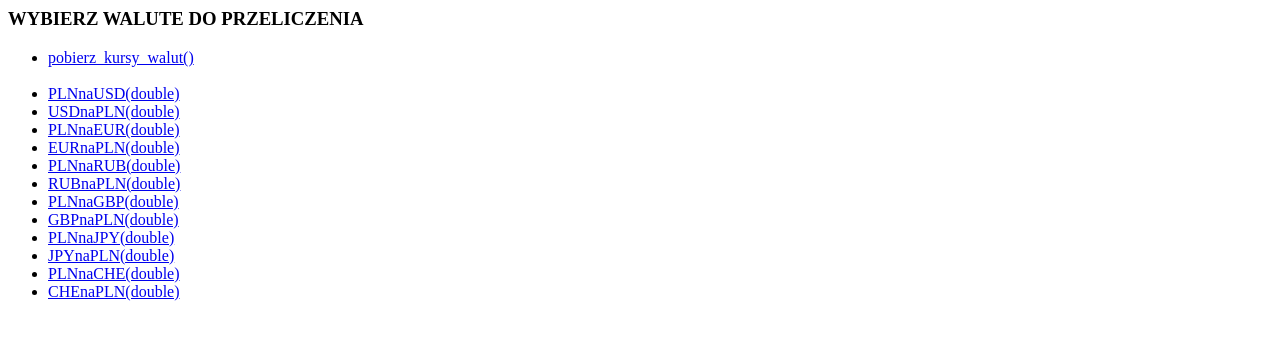
Repository: kuska-marcin/SRIR
Page: http://localhost/KantorWSClient/sampleKantorPrzeliczProxy/Method.jsp
An editor plug-in stored every save of this project. The page is shown before and after the next save, followed by the edit.
The browser window is 1280 px wide. The pictures show the whole page.
The page is served by Tomcat 9. Other server files are loaded and not shown.

Above is the page before, as saved 2016-01-13 22:25:49.

### KantorWSClient/WebContent/sampleKantorPrzeliczProxy/Method.jsp
<%@page contentType="text/html;charset=UTF-8"%><HTML>
<HEAD>
<TITLE>WALUTY</TITLE>
</HEAD>
<BODY>
<H3>WYBIERZ WALUTE DO PRZELICZENIA</H3>
<UL>
<LI><A HREF="Input.jsp?method=18" TARGET="inputs"> pobierz_kursy_walut()</A></LI>
<BR>
<LI><A HREF="Input.jsp?method=26" TARGET="inputs"> PLNnaUSD(double)</A></LI>
<LI><A HREF="Input.jsp?method=13" TARGET="inputs"> USDnaPLN(double)</A></LI>

<LI><A HREF="Input.jsp?method=31" TARGET="inputs"> PLNnaEUR(double)</A></LI>
<LI><A HREF="Input.jsp?method=21" TARGET="inputs"> EURnaPLN(double)</A></LI>

<LI><A HREF="Input.jsp?method=51" TARGET="inputs"> PLNnaRUB(double)</A></LI>
<LI><A HREF="Input.jsp?method=46" TARGET="inputs"> RUBnaPLN(double)</A></LI>

<LI><A HREF="Input.jsp?method=41" TARGET="inputs"> PLNnaGBP(double)</A></LI>
<LI><A HREF="Input.jsp?method=71" TARGET="inputs"> GBPnaPLN(double)</A></LI>

<LI><A HREF="Input.jsp?method=61" TARGET="inputs"> PLNnaJPY(double)</A></LI>
<LI><A HREF="Input.jsp?method=36" TARGET="inputs"> JPYnaPLN(double)</A></LI>

<LI><A HREF="Input.jsp?method=56" TARGET="inputs"> PLNnaCHE(double)</A></LI>
<LI><A HREF="Input.jsp?method=66" TARGET="inputs"> CHEnaPLN(double)</A></LI>

</UL>
</BODY>
</HTML>

After the next save:
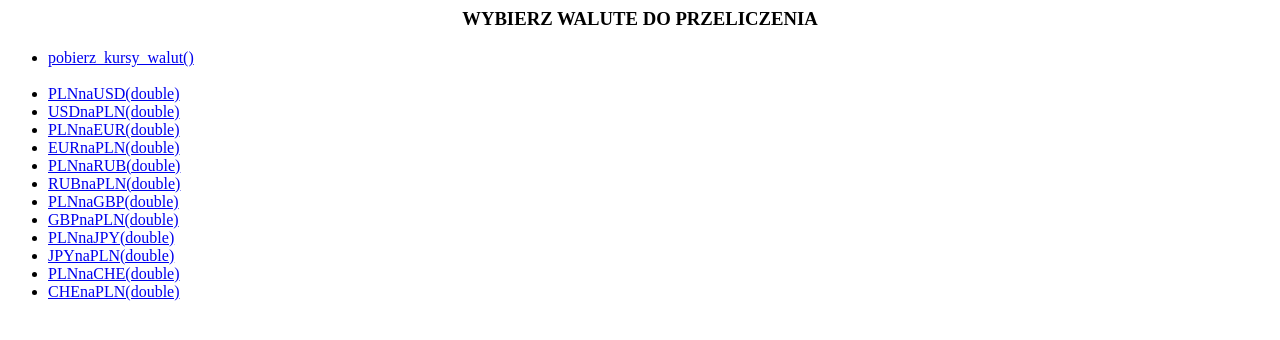
Saved 17 s later.
--- a/KantorWSClient/WebContent/sampleKantorPrzeliczProxy/Method.jsp
+++ b/KantorWSClient/WebContent/sampleKantorPrzeliczProxy/Method.jsp
@@ -3,7 +3,9 @@
 <TITLE>WALUTY</TITLE>
 </HEAD>
 <BODY>
-<H3>WYBIERZ WALUTE DO PRZELICZENIA</H3>
+<CENTER>
+	<H3>WYBIERZ WALUTE DO PRZELICZENIA</H3>
+</CENTER>
 <UL>
 <LI><A HREF="Input.jsp?method=18" TARGET="inputs"> pobierz_kursy_walut()</A></LI>
 <BR>
